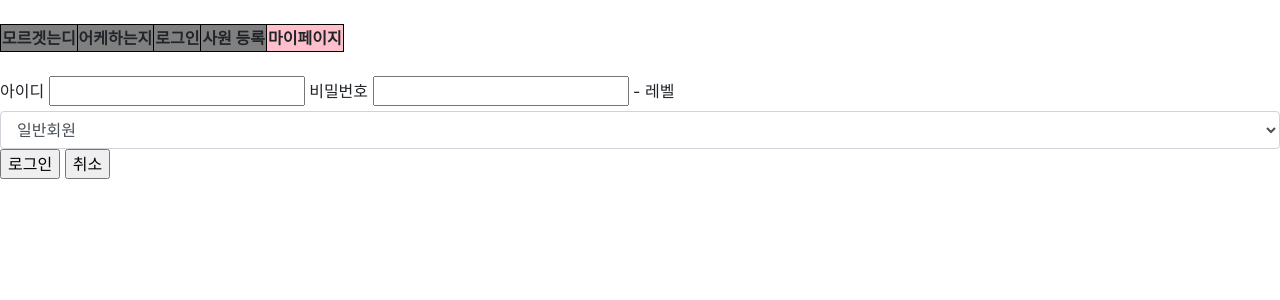
Repository: yjeongyjeong/jsp
Page: http://localhost/Practice_09/login.do
An editor plug-in stored every save of this project. The page is shown before and after the next save, followed by the edit.
The browser window is 1280 px wide. The pictures show the whole page.
The page is served by Tomcat 9. Other server files are loaded and not shown.

Above is the page before, as saved 2023-10-17 08:51:12.

### Practice_09/src/main/webapp/member/login.jsp
<%@ page language="java" contentType="text/html; charset=UTF-8"
	pageEncoding="UTF-8"%>
<!DOCTYPE html>
<html>
<head>
<meta charset="UTF-8">
<link rel="stylesheet"
	href="https://cdn.jsdelivr.net/npm/bootstrap@4.6.2/dist/css/bootstrap.min.css">
<script
	src="https://cdn.jsdelivr.net/npm/jquery@3.6.4/dist/jquery.slim.min.js"></script>
<script
	src="https://cdn.jsdelivr.net/npm/popper.js@1.16.1/dist/umd/popper.min.js"></script>
<script
	src="https://cdn.jsdelivr.net/npm/bootstrap@4.6.2/dist/js/bootstrap.bundle.min.js"></script>

<title>Insert title here</title>
</head>
<body>
<%@ include file="loginHeader.jsp"%>
<!--
th : header in a table
tr : row in a table
td : cell in a table
 -->
	<form action="login.do" method="post">


			<label for="id">아이디</label>
			<input type="text" name="id" id="id">
			<label for="pwd">비밀번호</label>
			<input type="password" name="pwd" id="pwd">
- 			<label for="lev">레벨</label>
      		<select class="form-control" id="lev" name="lev">
        	<option value="0">일반회원</option>
	        <option value="1">관리자</option>
    		</select>

 			<input type="submit" value="로그인">
			<input type="reset" value="취소">

	</form>
</body>
</html>

### Practice_09/src/main/webapp/member/loginHeader.jsp
<%@ page language="java" contentType="text/html; charset=UTF-8"
    pageEncoding="UTF-8"%>
<style>
table, th, td {
  border: 1px solid black;
}
th{
size: 100px;
}
</style>
<br>
<table>
  <colgroup>
    <col span="4" style="background-color:gray">
    <col style="background-color:pink">
  </colgroup>
  <tr>
  	<th>모르겟는디</th>
   	<th>어케하는지</th>
    <th>로그인</th>
    <th>사원 등록</th>
    <th>마이페이지</th>
 </table>
<br>

### Practice_09/src/main/java/com/magic/Controller/LoginServlet.java
package com.magic.Controller;

import java.io.IOException;
import java.sql.Connection;

import javax.naming.Context;
import javax.naming.InitialContext;
import javax.servlet.RequestDispatcher;
import javax.servlet.ServletException;
import javax.servlet.annotation.WebServlet;
import javax.servlet.http.HttpServlet;
import javax.servlet.http.HttpServletRequest;
import javax.servlet.http.HttpServletResponse;
import javax.servlet.http.HttpSession;
import javax.sql.DataSource;

import com.magic.dao.EmployeesDAO.EmployeesDAO;
import com.magic.dto.EmployeesVO.EmployeesVO;


@WebServlet("/login.do")
public class LoginServlet extends HttpServlet {
	private static final long serialVersionUID = 1L;
	protected void doGet(HttpServletRequest request, HttpServletResponse response) throws ServletException, IOException {
		RequestDispatcher dis = request.getRequestDispatcher("member/login.jsp");
		dis.forward(request, response);
	}


	protected void doPost(HttpServletRequest request, HttpServletResponse response) throws ServletException, IOException {
		request.setCharacterEncoding("utf-8");
		String id = request.getParameter("id");
		String pwd = request.getParameter("pwd");
		String lev = request.getParameter("lev");
		String url = "member/login.jsp";

		EmployeesDAO mDao = EmployeesDAO.getInstance();
		/* 로그인 시 result 값에 따라 회원 구별
		 * 1 = 로그인 성공
		 * 0 = 암호 틀림
		 * -1 아이디 없음!!*/
		int result = mDao.userCheck(id, pwd);
		if( result == 1 ) {
			EmployeesVO vo = mDao.getEmployees(id); //getEmployees도 vo로 회원정보를 가져옴
			//로그인이 되는 회원이니까 브라우저가 꺼질 때까지 세션을 가져와서 유지되도록 함
			HttpSession session = request.getSession();
			session.setAttribute("loginUser", vo); //vo라는 애한테 loginUser라는 이름을 붙여서 세션에 저장!-> attribute는 세션에 저장이 가능하고 parameter는 request에만 저장이 가능함
			request.setAttribute("message", "이 메세지는 언제 출력이 될까요? 필요가 있는 메세지일까요?");
			url = "member/main.jsp";
		} else if ( result == 0 ) { //아이디가 DB에 있지만 pwd가 다를 떄
			request.setAttribute("message", "비밀번호가 일치하지 않습니다.");
		} else if( result == -1 ) { //아이디가 존재하지 않을 때
			request.setAttribute("message", "아이디가 존재하지 않습니다.");
		}

		RequestDispatcher dis = request.getRequestDispatcher(url);
		dis.forward(request, response);


	}
}

After the next save:
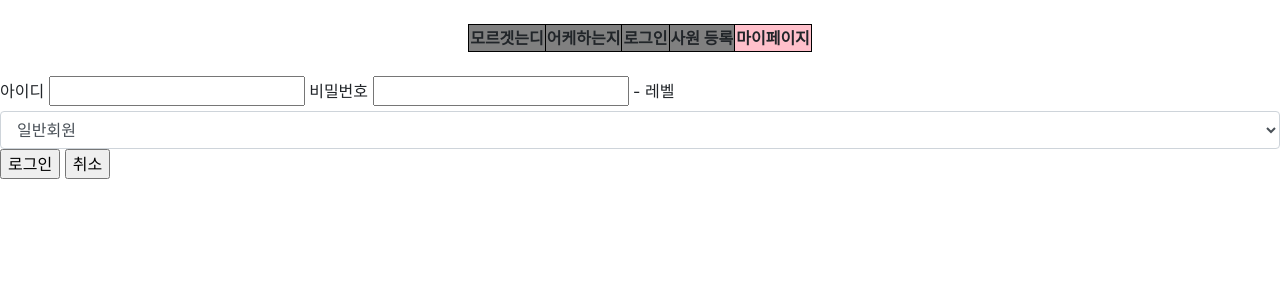
Saved 52 s later.
--- a/Practice_09/src/main/webapp/member/loginHeader.jsp
+++ b/Practice_09/src/main/webapp/member/loginHeader.jsp
@@ -4,8 +4,12 @@
 table, th, td {
   border: 1px solid black;
 }
-th{
+th{ /* 사이즈 어케주냐... */
 size: 100px;
+}
+table {
+    margin-left:auto;
+    margin-right:auto;
 }
 </style>
 <br>
